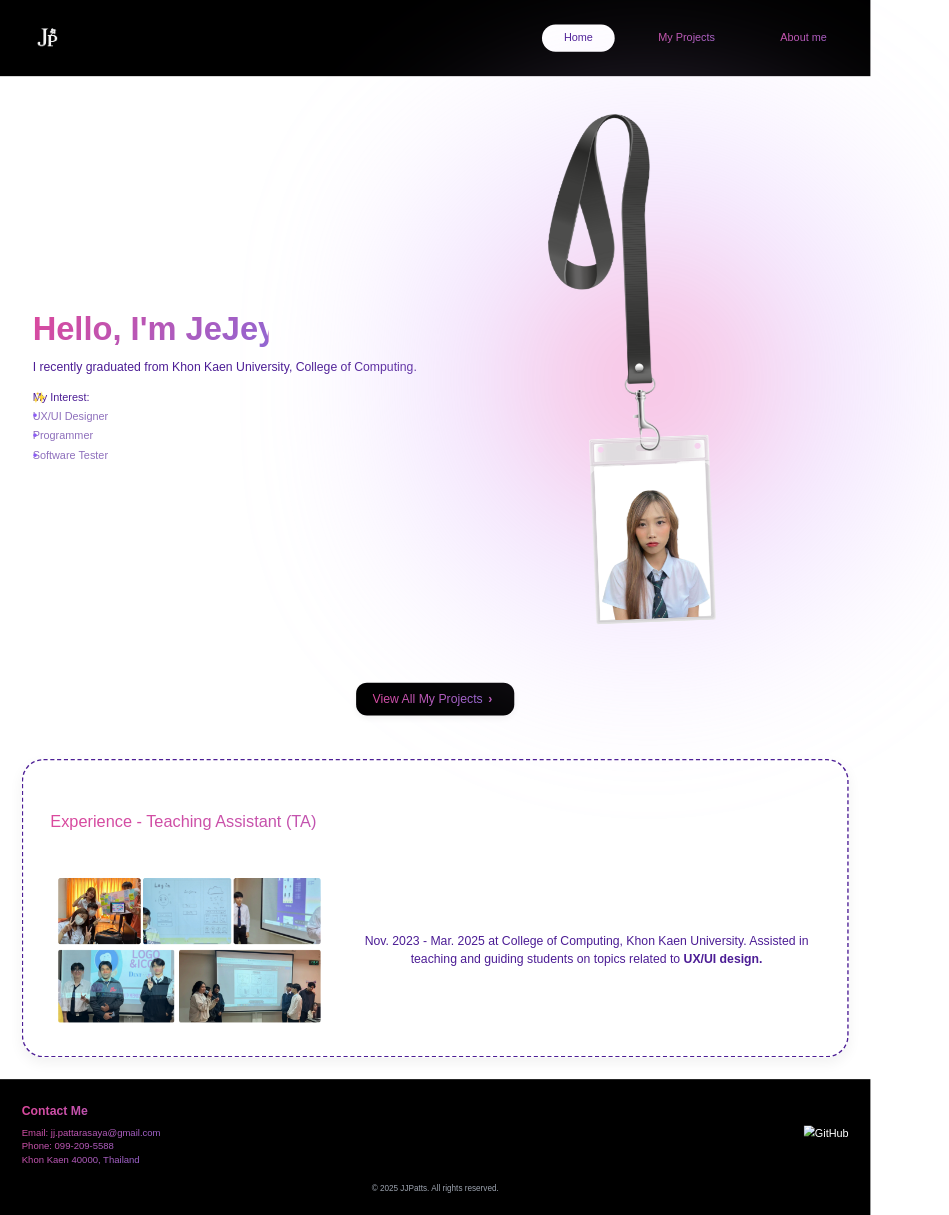
Repository: PattarasayaJJ/Portfolio-jjpatts
Page: /
An editor plug-in stored every save of this project. The page is shown before and after a run of saves, followed by the edit.
The browser window is 1280 px wide. The page is 1396 px wide, so the pictures cover 1396 px, including what lies to the right of the window. The pictures show the whole page, at 68% of full size.
The project was rebuilt for these pictures with package versions that can differ from the ones it lists, and the page was loaded fresh each time. Also part of the build but not shown: vite.config.js, vite.config.ts, src/header.css, src/components/Works.jsx, src/components/Aboutme.jsx.

Above is the page before, as saved 2025-08-03 16:46:43.

After the next 4 saves:
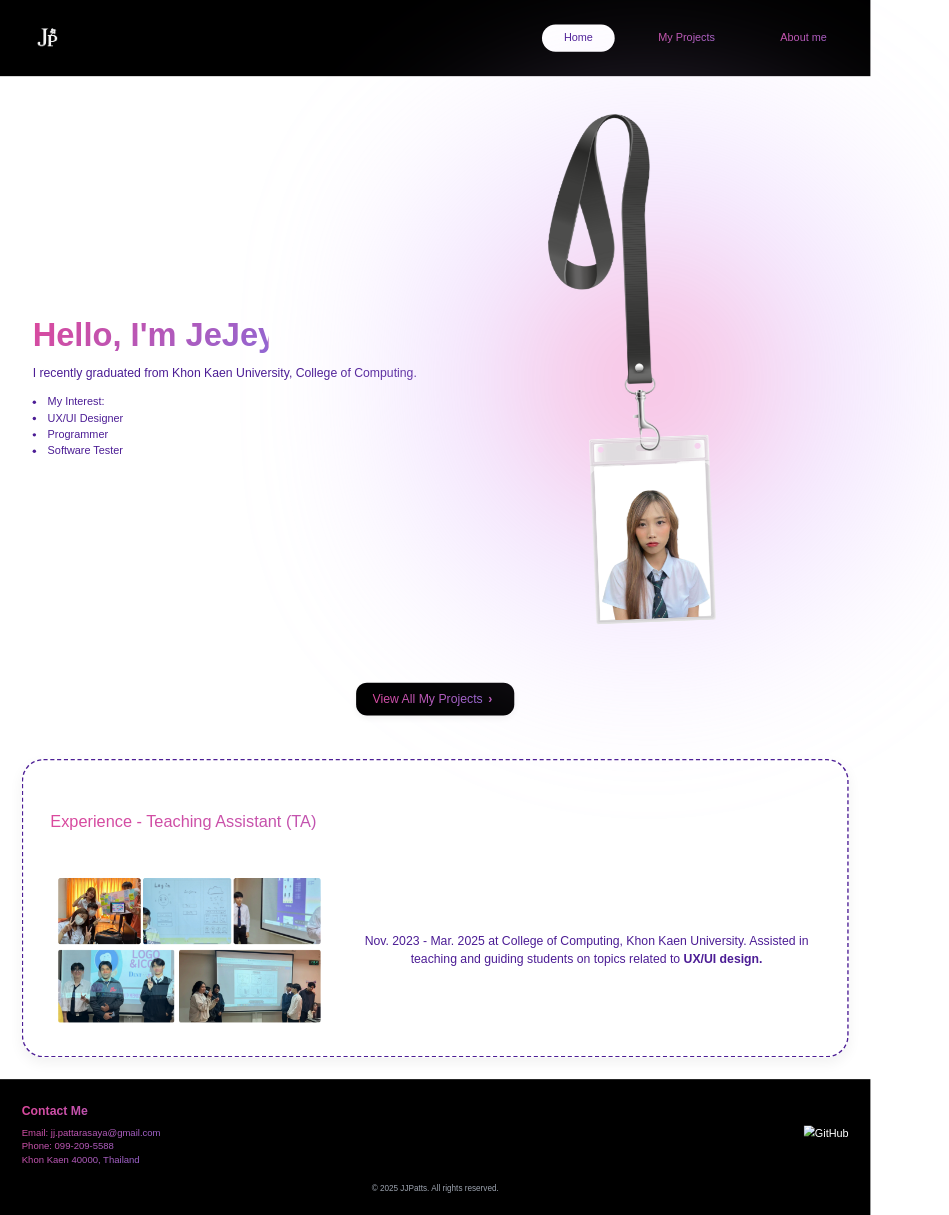
The 4 saves are shown as one change because they came seconds apart.
The last was saved 22 s later.
--- a/src/hero.css
+++ b/src/hero.css
@@ -72,52 +72,7 @@
 }
 
 @media (min-width: 768px) {
-.interest {
-    list-style: none;
-    color: #4c1d95;
-    font-size: 1.125rem;
-    font-weight: 600;
-    margin-bottom: 1rem;
-    position: relative;
-    padding-left: 1.5rem;
-  }
-
-  .interest::before {
-    content: "✨";
-    position: absolute;
-    left: 0;
-    margin-right: 0.5rem;
-  }
-
-  li {
-    list-style: none;
-    color: #4d1d95a2;
-    line-height: 1.8rem;
-    font-size: 1.125rem;
-    padding: 0.4rem 0;
-    padding-left: 1.2rem;
-    position: relative;
-    transition: all 0.3s ease;
-  }
-
-  li:not(.interest)::before {
-    content: "•";
-    position: absolute;
-    left: 0;
-    color: #8b5cf6;
-    font-size: 1.2rem;
-    transition: all 0.3s ease;
-  }
-
-  li:not(.interest):hover {
-    color: #6366f1;
-    transform: translateX(5px);
-  }
-
-  li:not(.interest):hover::before {
-    color: #ec4899;
-    transform: scale(1.2);
-  }
+
   .hero-container {
     flex-direction: row;
   }

After the 5 saves that followed:
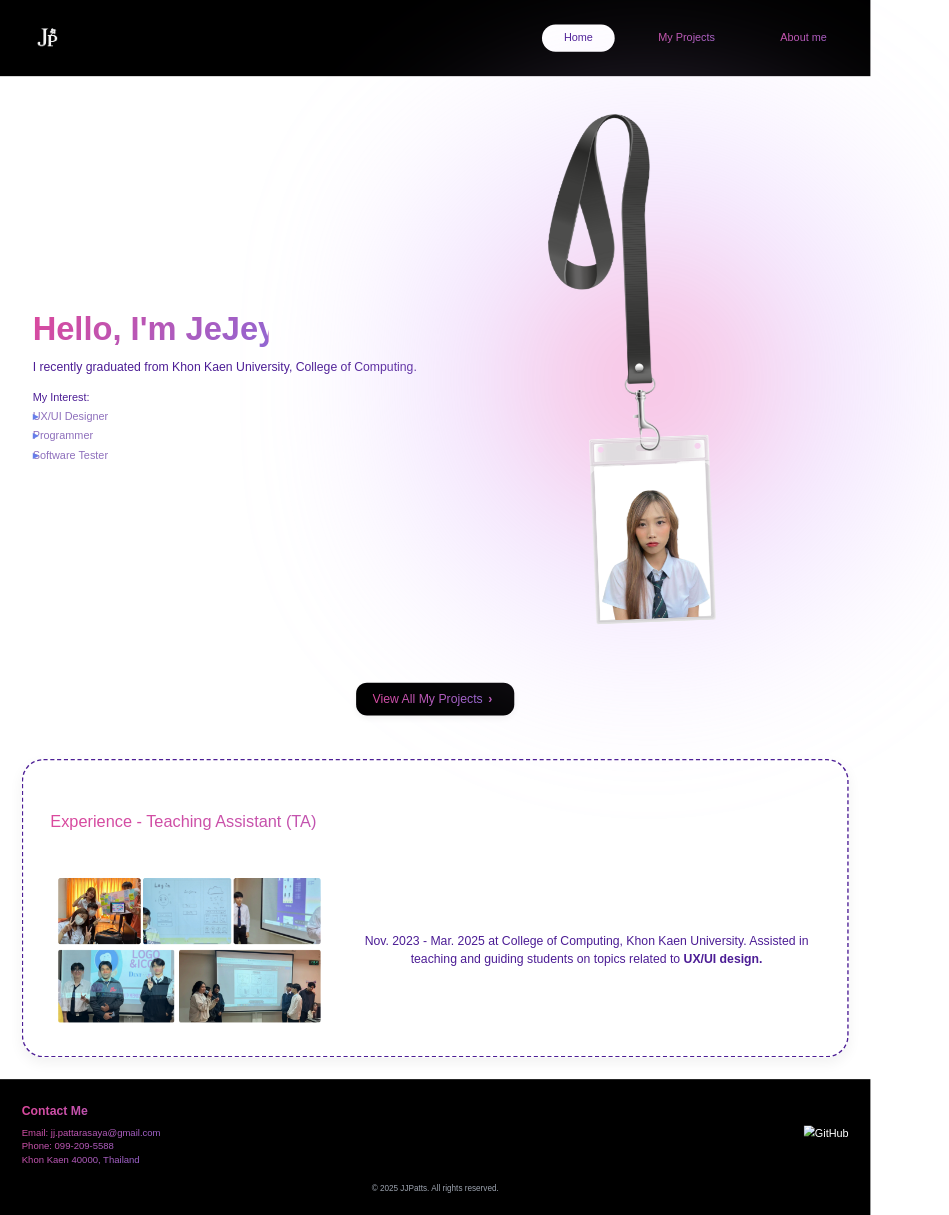
The 5 saves are shown as one change because 1 left the picture as it was and some came seconds apart.
The last was saved 85 s later.
--- a/src/hero.css
+++ b/src/hero.css
@@ -72,7 +72,44 @@
 }
 
 @media (min-width: 768px) {
-
+  .interest{
+    list-style: none;
+    color: #4c1d95;
+    font-size: 1.125rem;
+
+
+
+  }
+
+li {
+  list-style: none;
+  color: #4d1d95;
+  line-height: 2rem;
+  font-size: 1.125rem;
+  padding: 0.5rem 0;
+  position: relative;
+  padding-left: 1.5rem;
+  transition: all 0.3s ease;
+}
+
+li:not(.interest)::before {
+  content: "▸";
+  position: absolute;
+  left: 0;
+  color: #667eea;
+  font-weight: bold;
+  transition: all 0.3s ease;
+}
+
+li:not(.interest):hover {
+  color: #667eea;
+  transform: translateX(5px);
+}
+
+li:not(.interest):hover::before {
+  color: #764ba2;
+  transform: scale(1.2);
+}
   .hero-container {
     flex-direction: row;
   }
